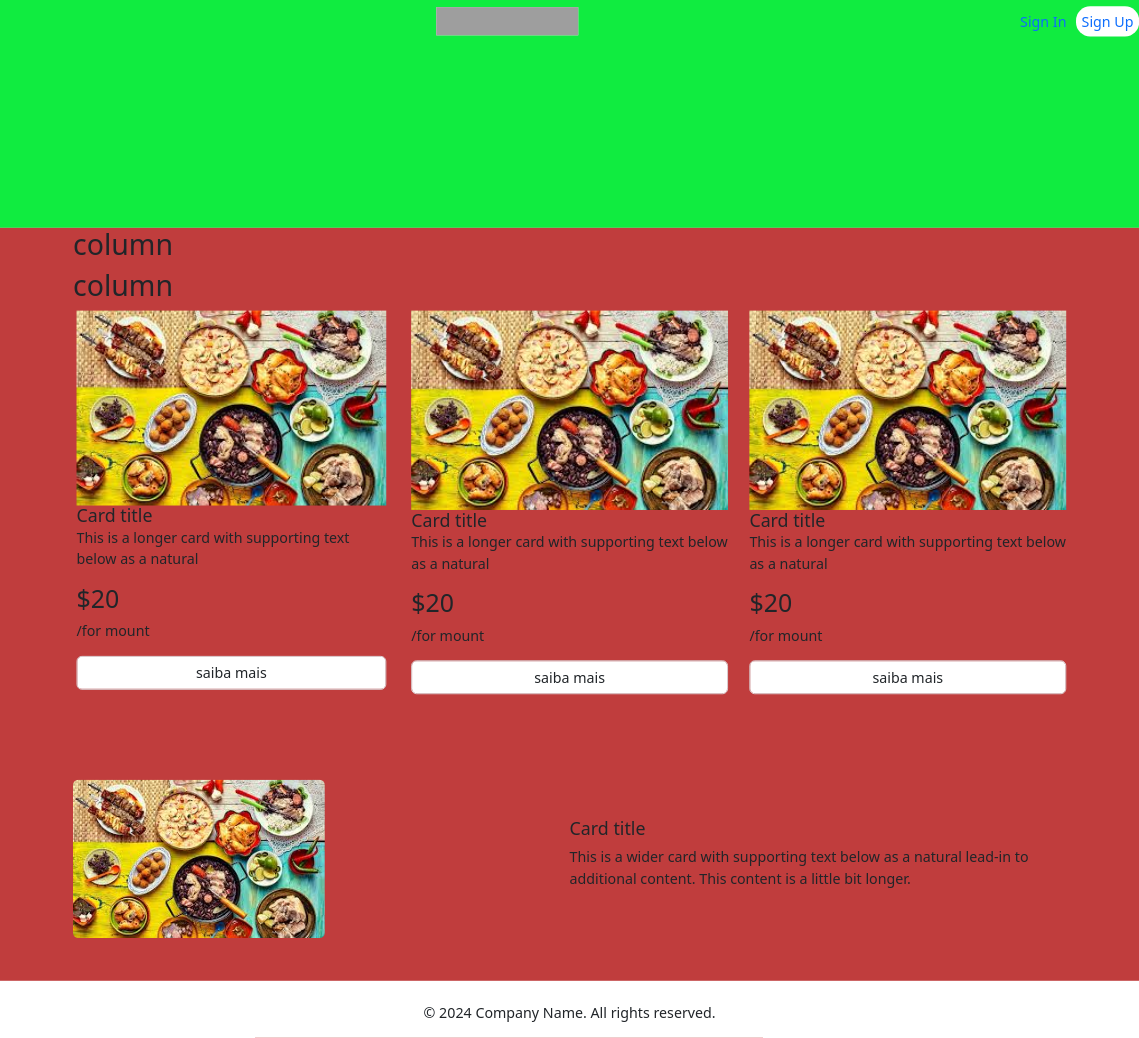
Repository: Joao-Rafael-mob/repoCurso
Page: index.html
An editor plug-in stored every save of this project. The page is shown before and after the next save, followed by the edit.
The browser window is 1280 px wide. The pictures show the whole page, at 89% of full size.
Pictures or frames that could not be fetched are drawn as grey boxes.

Above is the page before, as saved 2024-09-27 09:39:06.

### index.html
<!DOCTYPE html>
<html lang="en">
  <head>
    <meta charset="UTF-8" />
    <meta name="viewport" content="width=device-width, initial-scale=1.0" />
    <title>Document</title>
    <link rel="stylesheet" href="styles.css" />
    <link
      href="https://cdn.jsdelivr.net/npm/bootstrap@5.3.3/dist/css/bootstrap.min.css"
      rel="stylesheet"
      integrity="sha384-QWTKZyjpPEjISv5WaRU9OFeRpok6YctnYmDr5pNlyT2bRjXh0JMhjY6hW+ALEwIH"
      crossorigin="anonymous"
    />
  </head>

  <body>
    <div class="imagem-fundo">
      <nav class="navbar">
        <img src="logo.png" alt="Logo" />
        <div class="nav-links">
          <a href="#" class="nav-link1">Sign In</a>
          <a href="#" class="nav-link2">Sign Up</a>
        </div>
      </nav>
    </div>
    <main>
      <div class="container">
        <div class="row row-cols-1">
          <div class="col h2">column</div>
          <div class="col h2">column</div>
        </div>
        <div class="row row-cols-1 row-cols-md-3 g-4">
          <div class="col px-3">
            <div>
              <img src="banner.jpeg" class="card-img-top" alt="" />
              <div class="card-body">
                <h5 class="card-title">Card title</h5>
                <p class="" style="max-height: 4rem; overflow: hidden">
                  This is a longer card with supporting text below as a natural
                </p>

                <h3>$20</h3>
                <p>/for mount</p>

                <button class="form-control">saiba mais</button>
              </div>
            </div>
          </div>
          <div class="col">
            <div>
              <img src="banner.jpeg" class="card-img-top" alt="" />
              <div class="card-body">
                <h5 class="card-title">Card title</h5>
                <p class="" style="max-height: 4rem; overflow: hidden">
                  This is a longer card with supporting text below as a natural
                </p>
                <div>
                  <h3>$20</h3>
                  <p>/for mount</p>

                  <button class="form-control">saiba mais</button>
                </div>
              </div>
            </div>
          </div>
          <div class="col">
            <div>
              <img src="banner.jpeg" class="card-img-top" alt="" />
              <div class="card-body">
                <h5 class="card-title">Card title</h5>
                <p class="" style="max-height: 4rem; overflow: hidden">
                  This is a longer card with supporting text below as a natural
                </p>
                <div>
                  <h3>$20</h3>
                  <p>/for mount</p>

                  <button class="form-control">saiba mais</button>
                </div>
              </div>
            </div>
          </div>
        </div>
      </div>

      <div class="container mt-5">
        <div class="py-5">
            <div class="row g-0 align-items-center">
                <div class="col">
                    <img src="banner.jpeg" class="rounded float-start" alt="" style="max-width: 100%; height: auto;" />
                </div>
                <div class="col">
                    <div class="mt-1">
                        <h5>Card title</h5>
                        <p>
                            This is a wider card with supporting text below as a natural lead-in to additional content. This content is a little bit longer.
                        </p>
                    </div>
                </div>
            </div>
        </div>
    </div>

    </main>

    <footer class="text-center mt-4">
      <p>&copy; 2024 Company Name. All rights reserved.</p>
    </footer>

    <script
      src="https://cdn.jsdelivr.net/npm/bootstrap@5.3.3/dist/js/bootstrap.bundle.min.js"
      integrity="sha384-YvpcrYf0tY3lHB60NNkmXc5s9fDVZLESaAA55NDzOxhy9GkcIdslK1eN7N6jIeHz"
      crossorigin="anonymous"
    ></script>
  </body>
</html>

### styles.css
.imagem-fundo {
    background-color: rgb(16, 236, 64);
    background-position: center;
    color: white;
    width: 100%;
    min-height: 16rem;
}

.imagem-fundo .navbar img {
    background-color: rgb(255, 255, 255);
    margin: auto;
    width: 10rem;
    height: 2rem;
}

.imagem-fundo .navbar a {
    text-decoration: none;
    font-size: medium;
    padding: 0.4rem;
}

.imagem-fundo .navbar .nav-link2 {
    background-color: rgb(255, 255, 255);
    border-radius: 1rem;
}

.imagem-fundo .address {
    width: 50%;
    padding-top: 3rem;
    margin: auto;
}

.imagem-fundo .address a {
    width: 50%;
    margin: auto;
    text-decoration: none;
}

main  {
    background-color: rgb(192, 61, 61);

}

After the next save:
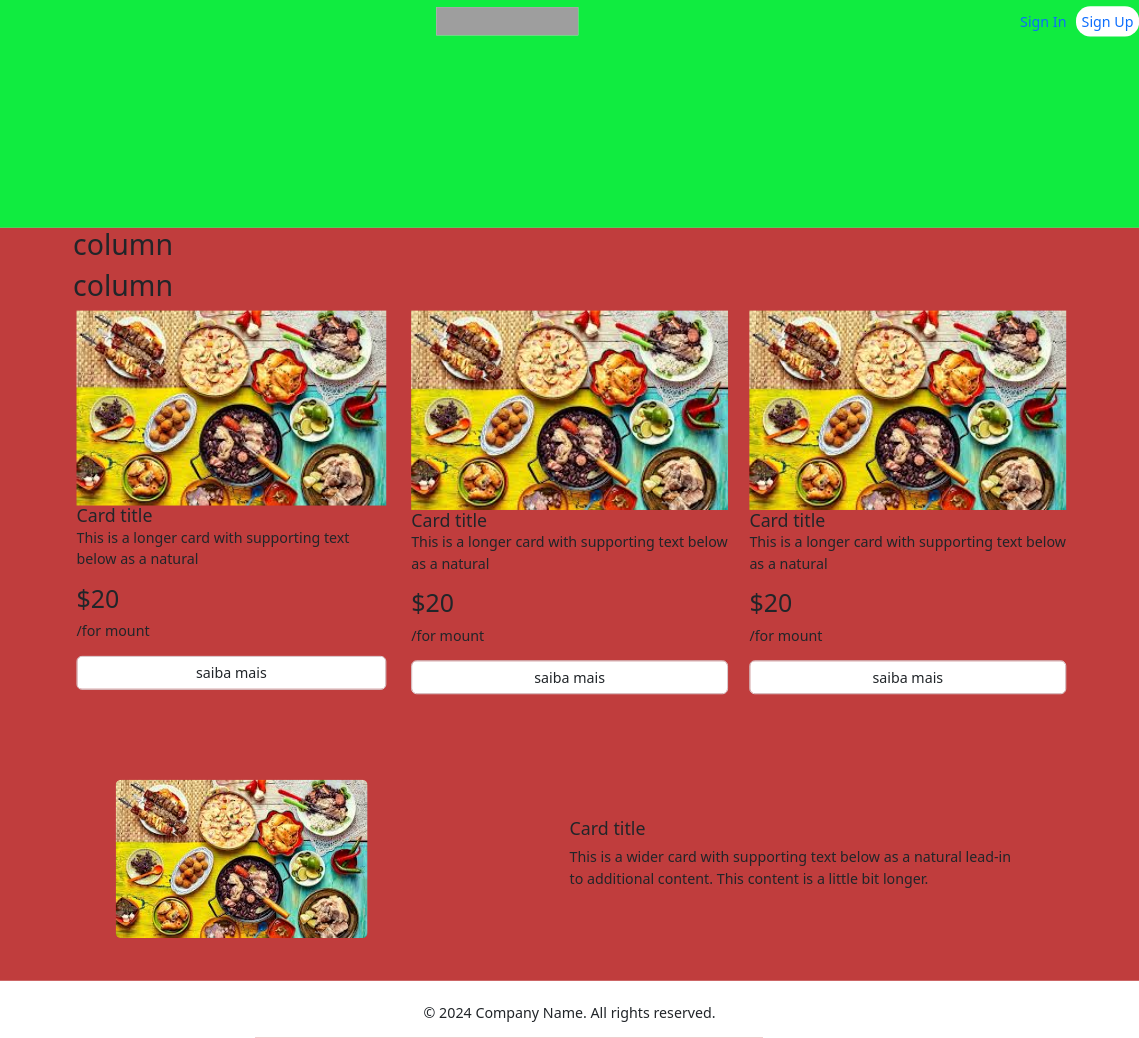
Saved 13 s later.
--- a/index.html
+++ b/index.html
@@ -85,22 +85,23 @@
 
       <div class="container mt-5">
         <div class="py-5">
-            <div class="row g-0 align-items-center">
-                <div class="col">
-                    <img src="banner.jpeg" class="rounded float-start" alt="" style="max-width: 100%; height: auto;" />
-                </div>
-                <div class="col">
-                    <div class="mt-1">
-                        <h5>Card title</h5>
-                        <p>
-                            This is a wider card with supporting text below as a natural lead-in to additional content. This content is a little bit longer.
-                        </p>
-                    </div>
-                </div>
+          <div class="row g-0 align-items-center">
+            <div class="col ms-5">
+              <img src="banner.jpeg" class="rounded float-start" alt="" />
             </div>
+            <div class="col pe-5">
+              <div class="mt-1">
+                <h5>Card title</h5>
+                <p>
+                  This is a wider card with supporting text below as a natural
+                  lead-in to additional content. This content is a little bit
+                  longer.
+                </p>
+              </div>
+            </div>
+          </div>
         </div>
-    </div>
-
+      </div>
     </main>
 
     <footer class="text-center mt-4">
